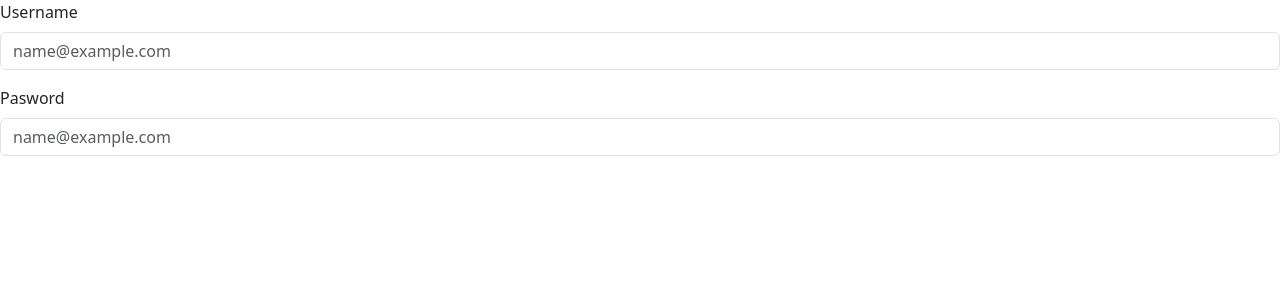
Repository: manit4/cris_batch2
Page: http://localhost/jsp_security/views/index.jsp
These files come from the project's save history. The page is drawn as it stood at one moment and after the next save; the edit follows.
The browser window is 1280 px wide. The pictures show the whole page.
The page is served by Tomcat 9.

Above is the page before, as saved 2024-03-01 05:02:39.

After the next save:
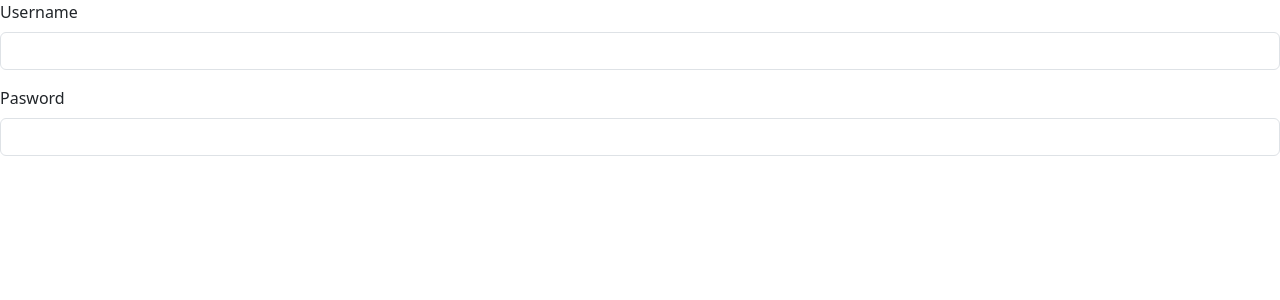
Saved 17 s later.
--- a/jsp_security/src/main/webapp/views/index.jsp
+++ b/jsp_security/src/main/webapp/views/index.jsp
@@ -16,12 +16,12 @@
 	<div class="mb-3">
 		<label for="exampleFormControlInput1" class="form-label">Username
 			</label> <input type="email" class="form-control"
-			id="exampleFormControlInput1" placeholder="name@example.com">
+			id="exampleFormControlInput1">
 	</div>
 	<div class="mb-3">
 		<label for="exampleFormControlInput1" class="form-label">Pasword
 			</label> <input type="email" class="form-control"
-			id="exampleFormControlInput1" placeholder="name@example.com">
+			id="exampleFormControlInput1">
 	</div>
 </body>
 </html>
